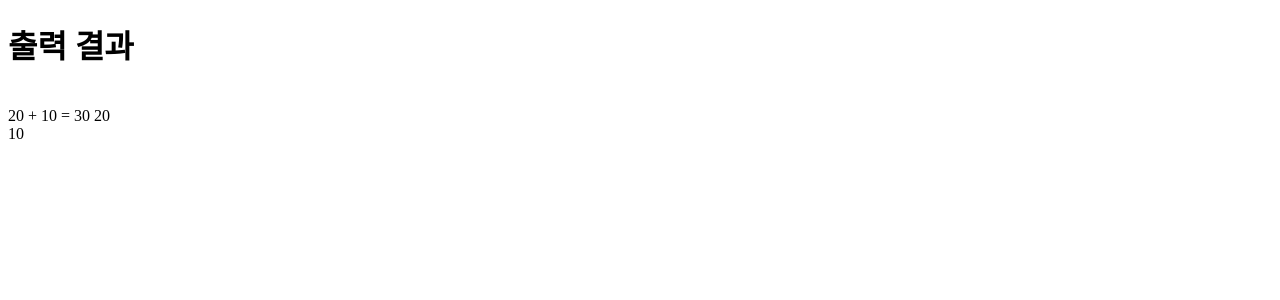
Repository: YoungQWER/js_2024.02.27
Page: http://localhost/web-study-01/AddionServlet03
An editor plug-in stored every save of this project. The page is shown before and after the next save, followed by the edit.
The browser window is 1280 px wide. The pictures show the whole page.
The page is served by Tomcat 9. Other server files are loaded and not shown.

Above is the page before, as saved 2024-02-28 02:07:58.

### web-study-01/src/main/webapp/addition03.jsp
<%@ page language="java" contentType="text/html; charset=UTF-8"
    pageEncoding="UTF-8"%>
<!DOCTYPE html>
<html>
<head>
<meta charset="UTF-8">
<title>Insert title here</title>
</head>
<body>
<h1>출력 결과</h1><br>
 ${num1} + ${num2} = ${add}
 <%
 	int n1 = (int)request.getAttribute("num1");
 	int n2 = (int)request.getAttribute("num2");
 %>

 <%=n1 %><br>
 <%=n2 %>
</body>
</html>

### web-study-01/src/main/java/unit02/AddionServlet03.java
package unit02;

import java.io.IOException;

import javax.servlet.RequestDispatcher;
import javax.servlet.ServletException;
import javax.servlet.annotation.WebServlet;
import javax.servlet.http.HttpServlet;
import javax.servlet.http.HttpServletRequest;
import javax.servlet.http.HttpServletResponse;


@WebServlet("/AddionServlet03")
public class AddionServlet03 extends HttpServlet {
	private static final long serialVersionUID = 1L;


	protected void doGet(HttpServletRequest request, HttpServletResponse response) throws ServletException, IOException {

		int n1 =20;
		int n2 =10;
		int add = n1+n2;

		request.setAttribute("num1", n1);
		request.setAttribute("num2", n2);
		request.setAttribute("add", add);

		//forward 방식
		RequestDispatcher dispatcher = request.getRequestDispatcher("addition03.jsp");
		dispatcher.forward(request, response);

	}

	protected void doPost(HttpServletRequest request, HttpServletResponse response) throws ServletException, IOException {

	}

}

After the next save:
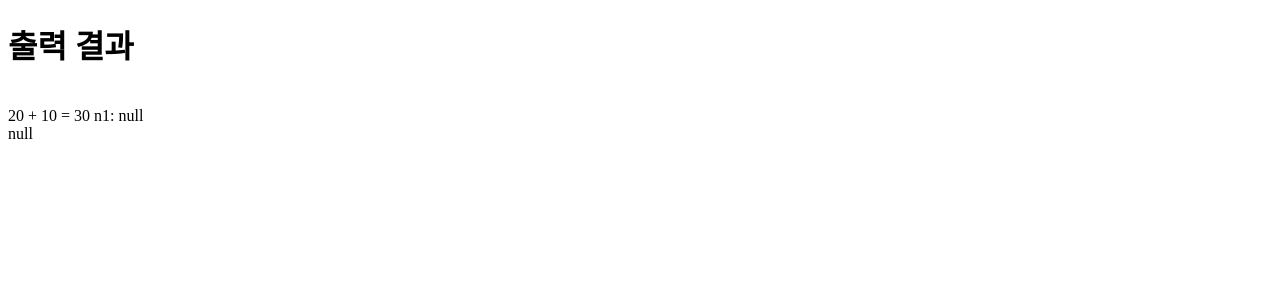
Saved 57 s later.
--- a/web-study-01/src/main/webapp/addition03.jsp
+++ b/web-study-01/src/main/webapp/addition03.jsp
@@ -10,11 +10,11 @@
 <h1>출력 결과</h1><br>
  ${num1} + ${num2} = ${add}
  <%
- 	int n1 = (int)request.getAttribute("num1");
- 	int n2 = (int)request.getAttribute("num2");
+ 	Object n1 = request.getAttribute("n1");
+ 	Object n2 = request.getAttribute("n2");
  %>
 
- <%=n1 %><br>
+ n1: <%=n1 %><br>
  <%=n2 %>
 </body>
 </html>
